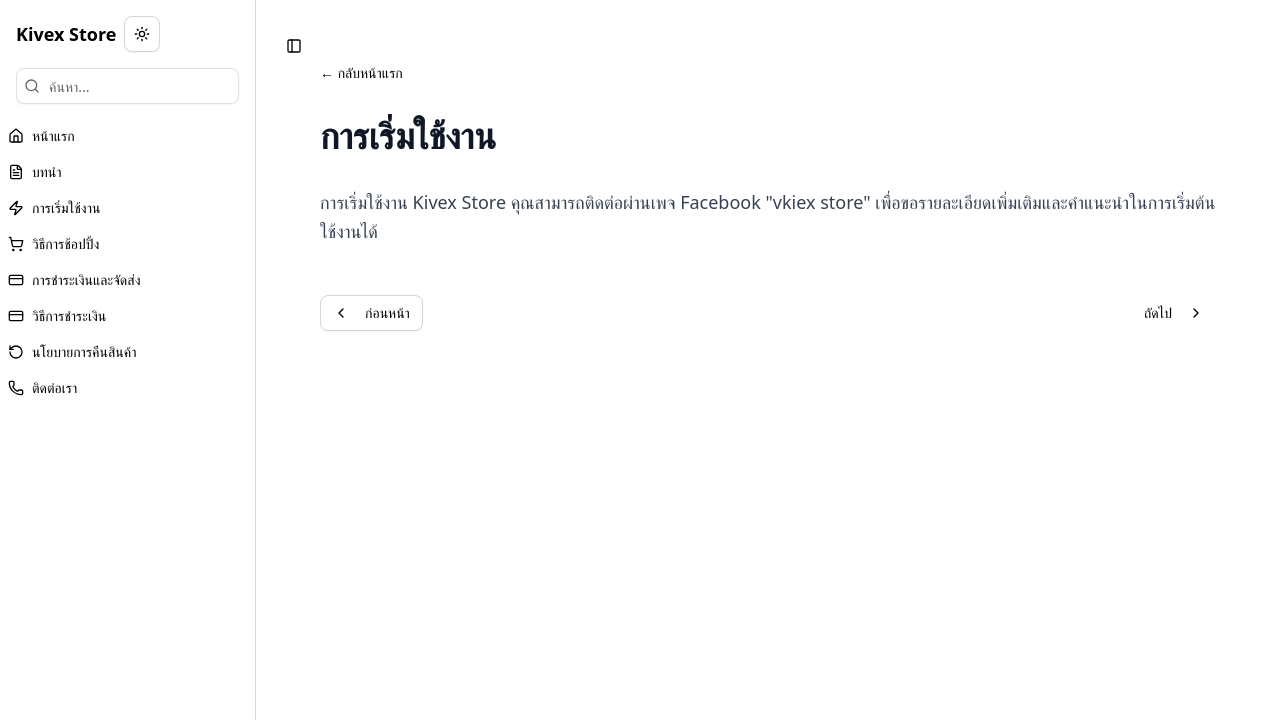
Repository: NUTellaVING/kivexdoc
Page: /getting-started
An editor plug-in stored every save of this project. The page is shown before and after a run of saves, followed by the edit.
The browser window is 1280 px wide. The pictures show the whole page.
The project was rebuilt for these pictures with package versions that can differ from the ones it lists, and the page was loaded fresh each time. The framework's server and built-in components were replaced by stand-ins that run in the browser. Also part of the build but not shown: next.config.ts, components/ui/separator.tsx, components/ui/skeleton.tsx. Imported but missing from the stored project, and not drawn on this page: components/ui/sheet.

Above is the page before, as saved 2025-12-06 16:11:36.

### app/layout.tsx
import type { Metadata } from "next";
import { Geist, Geist_Mono } from "next/font/google";
import "./globals.css";

const geistSans = Geist({
  variable: "--font-geist-sans",
  subsets: ["latin"],
});

const geistMono = Geist_Mono({
  variable: "--font-geist-mono",
  subsets: ["latin"],
});

export const metadata: Metadata = {
  title: "Kivex Store",
  description: "ข้อมูลและวิธีการใช้งาน",
};

export default function RootLayout({
  children,
}: Readonly<{
  children: React.ReactNode;
}>) {
  return (
    <html lang="en">
      <body
        className={`${geistSans.variable} ${geistMono.variable} antialiased`}
      >
        {children}
      </body>
    </html>
  );
}

### app/getting-started/page.tsx
"use client"

import Link from "next/link"
import { ChevronLeft, ChevronRight } from "lucide-react"

import { SidebarProvider, SidebarTrigger } from "@/components/ui/sidebar"
import { Button } from "@/components/ui/button"
import { AppSidebar } from "@/components/app-sidebar"

export default function GettingStarted() {
  return (
    <SidebarProvider>
      <div className="flex min-h-screen w-full">
        <AppSidebar />
        <main className="flex-1 px-6 py-8">
          <SidebarTrigger />
          <div className="max-w-4xl mx-auto">
            <div className="mb-8">
              <Link href="/" className="text-sm text-blue-600 hover:text-blue-800">&larr; กลับหน้าแรก</Link>
            </div>

            <section>
              <h1 className="text-4xl font-bold text-gray-900 dark:text-white mb-8">
                การเริ่มใช้งาน
              </h1>
              <div className="mb-6">
                <p className="text-gray-700 dark:text-gray-300 leading-relaxed text-lg mb-4">
                  การเริ่มใช้งาน Kivex Store คุณสามารถติดต่อผ่านเพจ Facebook "vkiex store" เพื่อขอรายละเอียดเพิ่มเติมและคำแนะนำในการเริ่มต้นใช้งานได้
                </p>
              </div>
            </section>

            <div className="flex justify-between mt-12">
              <Button asChild variant="outline">
                <Link href="/introduction">
                  <ChevronLeft className="h-4 w-4 mr-2" />
                  ก่อนหน้า
                </Link>
              </Button>
              <Button asChild>
                <Link href="/shopping-methods">
                  ถัดไป
                  <ChevronRight className="h-4 w-4 ml-2" />
                </Link>
              </Button>
            </div>
          </div>
        </main>
      </div>
    </SidebarProvider>
  );
}

### components/ui/button.tsx
import * as React from "react"
import { Slot } from "@radix-ui/react-slot"
import { cva, type VariantProps } from "class-variance-authority"

import { cn } from "@/lib/utils"

const buttonVariants = cva(
  "inline-flex items-center justify-center gap-2 whitespace-nowrap rounded-md text-sm font-medium transition-all disabled:pointer-events-none disabled:opacity-50 [&_svg]:pointer-events-none [&_svg:not([class*='size-'])]:size-4 shrink-0 [&_svg]:shrink-0 outline-none focus-visible:border-ring focus-visible:ring-ring/50 focus-visible:ring-[3px] aria-invalid:ring-destructive/20 dark:aria-invalid:ring-destructive/40 aria-invalid:border-destructive",
  {
    variants: {
      variant: {
        default: "bg-primary text-primary-foreground hover:bg-primary/90",
        destructive:
          "bg-destructive text-white hover:bg-destructive/90 focus-visible:ring-destructive/20 dark:focus-visible:ring-destructive/40 dark:bg-destructive/60",
        outline:
          "border bg-background shadow-xs hover:bg-accent hover:text-accent-foreground dark:bg-input/30 dark:border-input dark:hover:bg-input/50",
        secondary:
          "bg-secondary text-secondary-foreground hover:bg-secondary/80",
        ghost:
          "hover:bg-accent hover:text-accent-foreground dark:hover:bg-accent/50",
        link: "text-primary underline-offset-4 hover:underline",
      },
      size: {
        default: "h-9 px-4 py-2 has-[>svg]:px-3",
        sm: "h-8 rounded-md gap-1.5 px-3 has-[>svg]:px-2.5",
        lg: "h-10 rounded-md px-6 has-[>svg]:px-4",
        icon: "size-9",
        "icon-sm": "size-8",
        "icon-lg": "size-10",
      },
    },
    defaultVariants: {
      variant: "default",
      size: "default",
    },
  }
)

function Button({
  className,
  variant,
  size,
  asChild = false,
  ...props
}: React.ComponentProps<"button"> &
  VariantProps<typeof buttonVariants> & {
    asChild?: boolean
  }) {
  const Comp = asChild ? Slot : "button"

  return (
    <Comp
      data-slot="button"
      className={cn(buttonVariants({ variant, size, className }))}
      {...props}
    />
  )
}

export { Button, buttonVariants }

### components/app-sidebar.tsx
"use client"

import { Search, FileText, Zap, ShoppingCart, CreditCard, RotateCcw, Mail, Phone, MessageSquare, Home as HomeIcon } from "lucide-react"

import {
  Sidebar,
  SidebarContent,
  SidebarHeader,
  SidebarMenu,
  SidebarMenuButton,
  SidebarMenuItem,
} from "@/components/ui/sidebar"
import { Input } from "@/components/ui/input"
import { ThemeToggle } from "@/components/theme-toggle"

const items = [
  {
    title: "หน้าแรก",
    url: "/",
    icon: HomeIcon,
  },
  {
    title: "บทนำ",
    url: "/introduction",
    icon: FileText,
  },
  {
    title: "การเริ่มใช้งาน",
    url: "/getting-started",
    icon: Zap,
  },
  {
    title: "วิธีการช้อปปิ้ง",
    url: "/shopping-methods",
    icon: ShoppingCart,
  },
  {
    title: "การชำระเงินและจัดส่ง",
    url: "/payment-shipping",
    icon: CreditCard,
  },
  {
    title: "วิธีการชำระเงิน",
    url: "/payment-methods",
    icon: CreditCard,
  },
  {
    title: "นโยบายการคืนสินค้า",
    url: "/return-policy",
    icon: RotateCcw,
  },
  {
    title: "ติดต่อเรา",
    url: "/contact",
    icon: Phone,
  },
]

export function AppSidebar() {
  return (
    <Sidebar>
      <SidebarHeader>
        <div className="flex items-center gap-2 px-2 py-2">
          <h2 className="text-lg font-semibold">Kivex Store</h2>
          <ThemeToggle />
        </div>
        <div className="px-2 pb-2">
          <div className="relative">
            <Search className="absolute left-2 top-1/2 h-4 w-4 -translate-y-1/2 text-muted-foreground" />
            <Input
              placeholder="ค้นหา..."
              className="pl-8"
            />
          </div>
        </div>
      </SidebarHeader>
      <SidebarContent>
        <SidebarMenu>
          {items.map((item) => (
            <SidebarMenuItem key={item.title}>
              <SidebarMenuButton asChild>
                <a href={item.url}>
                  <item.icon />
                  <span>{item.title}</span>
                </a>
              </SidebarMenuButton>
            </SidebarMenuItem>
          ))}
        </SidebarMenu>
      </SidebarContent>
    </Sidebar>
  )
}

### components/ui/input.tsx
import * as React from "react"

import { cn } from "@/lib/utils"

function Input({ className, type, ...props }: React.ComponentProps<"input">) {
  return (
    <input
      type={type}
      data-slot="input"
      suppressHydrationWarning={true}
      className={cn(
        "file:text-foreground placeholder:text-muted-foreground selection:bg-primary selection:text-primary-foreground dark:bg-input/30 border-input h-9 w-full min-w-0 rounded-md border bg-transparent px-3 py-1 text-base shadow-xs transition-[color,box-shadow] outline-none file:inline-flex file:h-7 file:border-0 file:bg-transparent file:text-sm file:font-medium disabled:pointer-events-none disabled:cursor-not-allowed disabled:opacity-50 md:text-sm",
        "focus-visible:border-ring focus-visible:ring-ring/50 focus-visible:ring-[3px]",
        "aria-invalid:ring-destructive/20 dark:aria-invalid:ring-destructive/40 aria-invalid:border-destructive",
        className
      )}
      {...props}
    />
  )
}

export { Input }

### components/ui/tooltip.tsx
"use client"

import * as React from "react"
import * as TooltipPrimitive from "@radix-ui/react-tooltip"

import { cn } from "@/lib/utils"

function TooltipProvider({
  delayDuration = 0,
  ...props
}: React.ComponentProps<typeof TooltipPrimitive.Provider>) {
  return (
    <TooltipPrimitive.Provider
      data-slot="tooltip-provider"
      delayDuration={delayDuration}
      {...props}
    />
  )
}

function Tooltip({
  ...props
}: React.ComponentProps<typeof TooltipPrimitive.Root>) {
  return (
    <TooltipProvider>
      <TooltipPrimitive.Root data-slot="tooltip" {...props} />
    </TooltipProvider>
  )
}

function TooltipTrigger({
  ...props
}: React.ComponentProps<typeof TooltipPrimitive.Trigger>) {
  return <TooltipPrimitive.Trigger data-slot="tooltip-trigger" {...props} />
}

function TooltipContent({
  className,
  sideOffset = 0,
  children,
  ...props
}: React.ComponentProps<typeof TooltipPrimitive.Content>) {
  return (
    <TooltipPrimitive.Portal>
      <TooltipPrimitive.Content
        data-slot="tooltip-content"
        sideOffset={sideOffset}
        className={cn(
          "bg-foreground text-background animate-in fade-in-0 zoom-in-95 data-[state=closed]:animate-out data-[state=closed]:fade-out-0 data-[state=closed]:zoom-out-95 data-[side=bottom]:slide-in-from-top-2 data-[side=left]:slide-in-from-right-2 data-[side=right]:slide-in-from-left-2 data-[side=top]:slide-in-from-bottom-2 z-50 w-fit origin-(--radix-tooltip-content-transform-origin) rounded-md px-3 py-1.5 text-xs text-balance",
          className
        )}
        {...props}
      >
        {children}
        <TooltipPrimitive.Arrow className="bg-foreground fill-foreground z-50 size-2.5 translate-y-[calc(-50%_-_2px)] rotate-45 rounded-[2px]" />
      </TooltipPrimitive.Content>
    </TooltipPrimitive.Portal>
  )
}

export { Tooltip, TooltipTrigger, TooltipContent, TooltipProvider }

### components/theme-toggle.tsx
"use client"

import * as React from "react"
import { Moon, Sun } from "lucide-react"

import { Button } from "@/components/ui/button"

export function ThemeToggle() {
  const [theme, setTheme] = React.useState<"light" | "dark">("light")

  React.useEffect(() => {
    const savedTheme = localStorage.getItem("theme") as "light" | "dark" | null
    const systemPrefersDark = window.matchMedia("(prefers-color-scheme: dark)").matches
    const initialTheme = savedTheme || (systemPrefersDark ? "dark" : "light")
    setTheme(initialTheme)
    document.documentElement.classList.toggle("dark", initialTheme === "dark")
  }, [])

  const toggleTheme = () => {
    const newTheme = theme === "dark" ? "light" : "dark"
    setTheme(newTheme)
    document.documentElement.classList.toggle("dark", newTheme === "dark")
    localStorage.setItem("theme", newTheme)
  }

  return (
    <Button variant="outline" size="icon" onClick={toggleTheme}>
      <Sun className="h-[1.2rem] w-[1.2rem] rotate-0 scale-100 transition-all dark:-rotate-90 dark:scale-0" />
      <Moon className="absolute h-[1.2rem] w-[1.2rem] rotate-90 scale-0 transition-all dark:rotate-0 dark:scale-100" />
      <span className="sr-only">Toggle theme</span>
    </Button>
  )
}

Loaded but not shown: app/globals.css (common file); hooks/use-mobile.ts (common file); lib/utils.ts (common file); components/ui/sidebar.tsx (726 lines, source omitted)

After the next 2 saves:
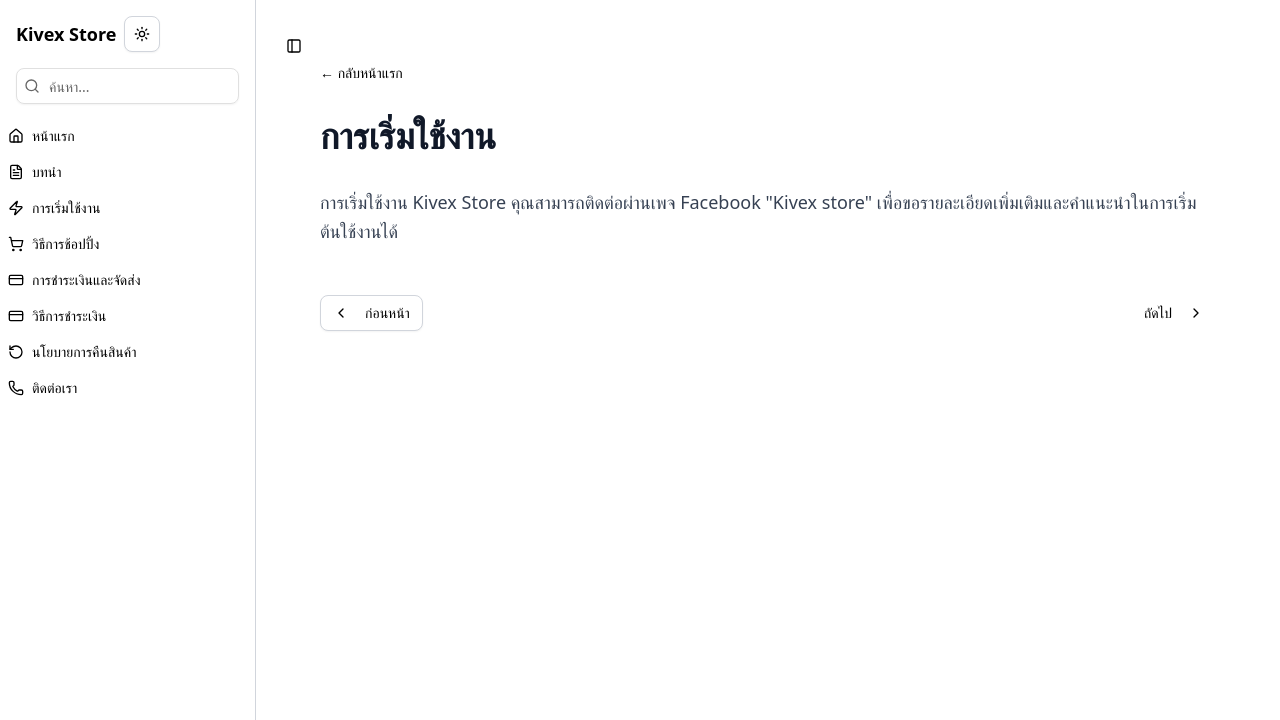
The 2 saves are shown as one change because they came seconds apart.
The last was saved 10 s later.
--- a/app/getting-started/page.tsx
+++ b/app/getting-started/page.tsx
@@ -25,7 +25,7 @@ export default function GettingStarted() {
               </h1>
               <div className="mb-6">
                 <p className="text-gray-700 dark:text-gray-300 leading-relaxed text-lg mb-4">
-                  การเริ่มใช้งาน Kivex Store คุณสามารถติดต่อผ่านเพจ Facebook "vkiex store" เพื่อขอรายละเอียดเพิ่มเติมและคำแนะนำในการเริ่มต้นใช้งานได้
+                  การเริ่มใช้งาน Kivex Store คุณสามารถติดต่อผ่านเพจ Facebook "Kivex store" เพื่อขอรายละเอียดเพิ่มเติมและคำแนะนำในการเริ่มต้นใช้งานได้
                 </p>
               </div>
             </section>
